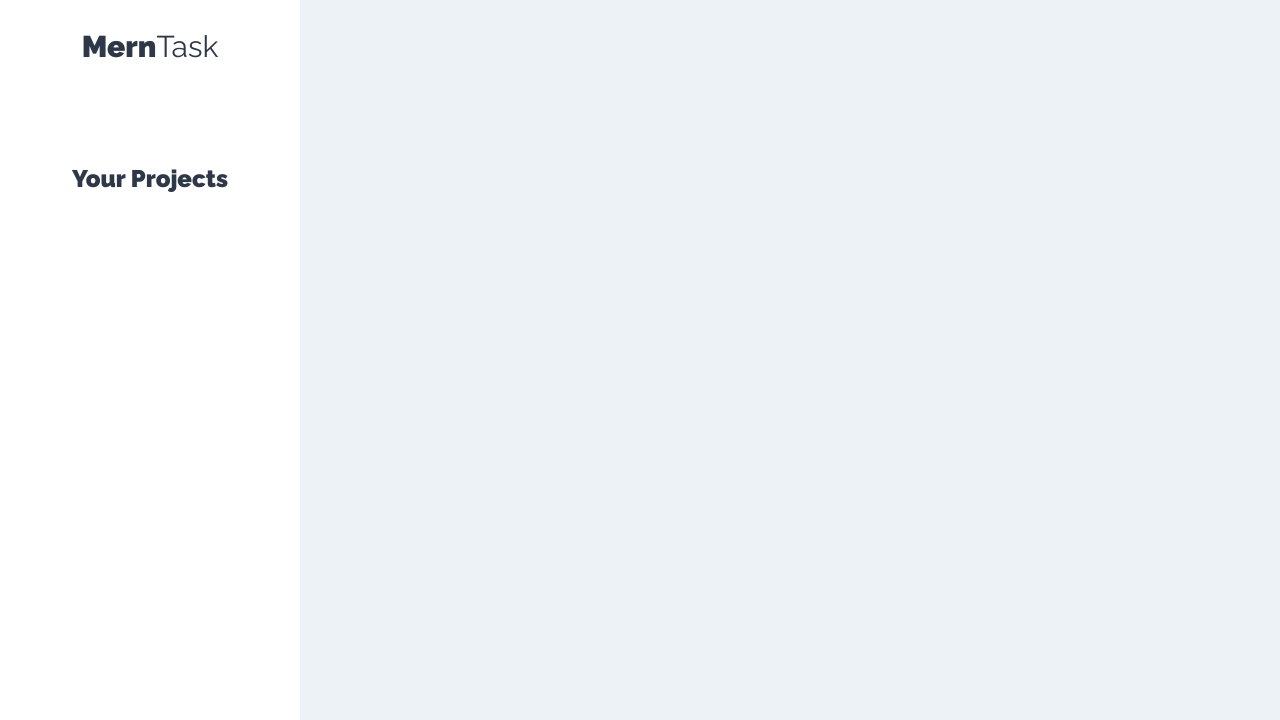
Repository: ppfeliuu/MERN-Task-Client
Page: /projects
An editor plug-in stored every save of this project. The page is shown before and after the next save, followed by the edit.
The browser window is 1280 px wide. The pictures show the whole page.
The project was rebuilt for these pictures with package versions that can differ from the ones it lists, and the page was loaded fresh each time. Also part of the build but not shown: src/components/auth/Login.js, src/components/auth/NewAccount.js.

Above is the page before, as saved 2020-02-15 08:07:03.

After the next save:
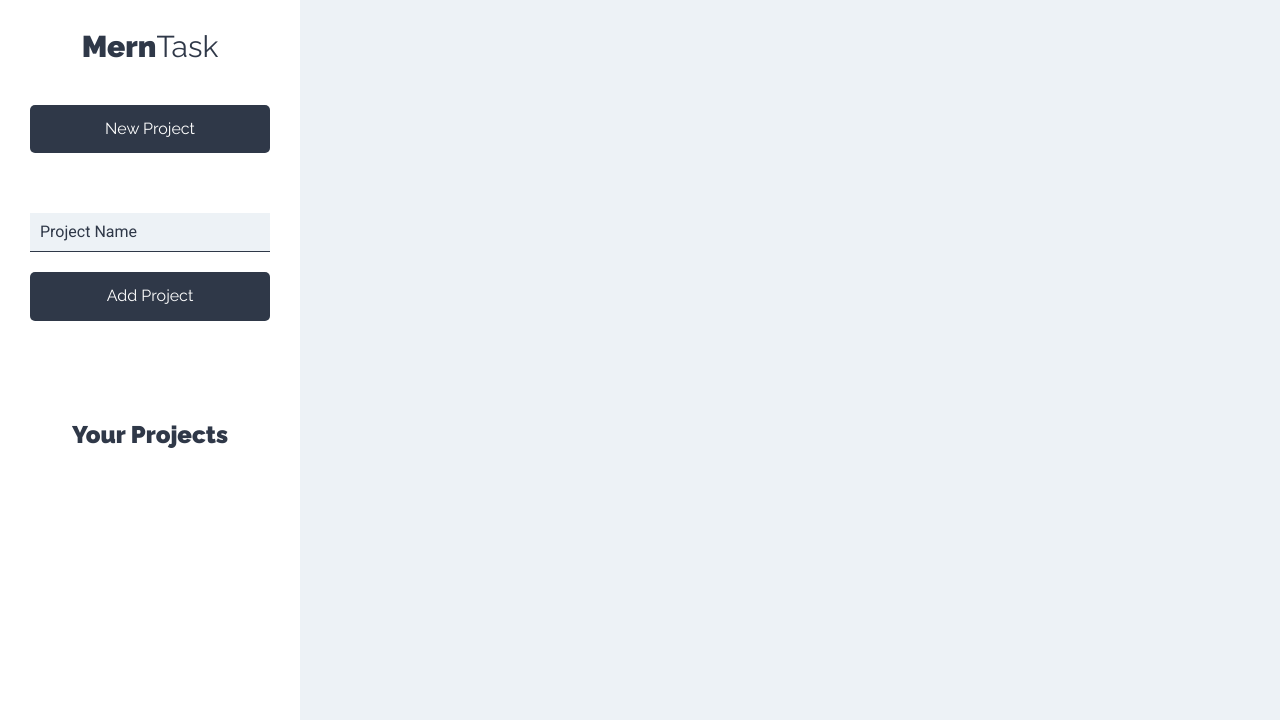
Saved 31 s later.
--- a/src/components/layout/Sidebar.js
+++ b/src/components/layout/Sidebar.js
@@ -1,9 +1,11 @@
 import React from 'react'
+import NewProject from '../projects/NewProject'
 
 const Sidebar = () => {
     return (
         <aside>
             <h1>Mern<span>Task</span></h1>
+            <NewProject />
 
             <div className="proyectos">
                 <h2>Your Projects</h2>
